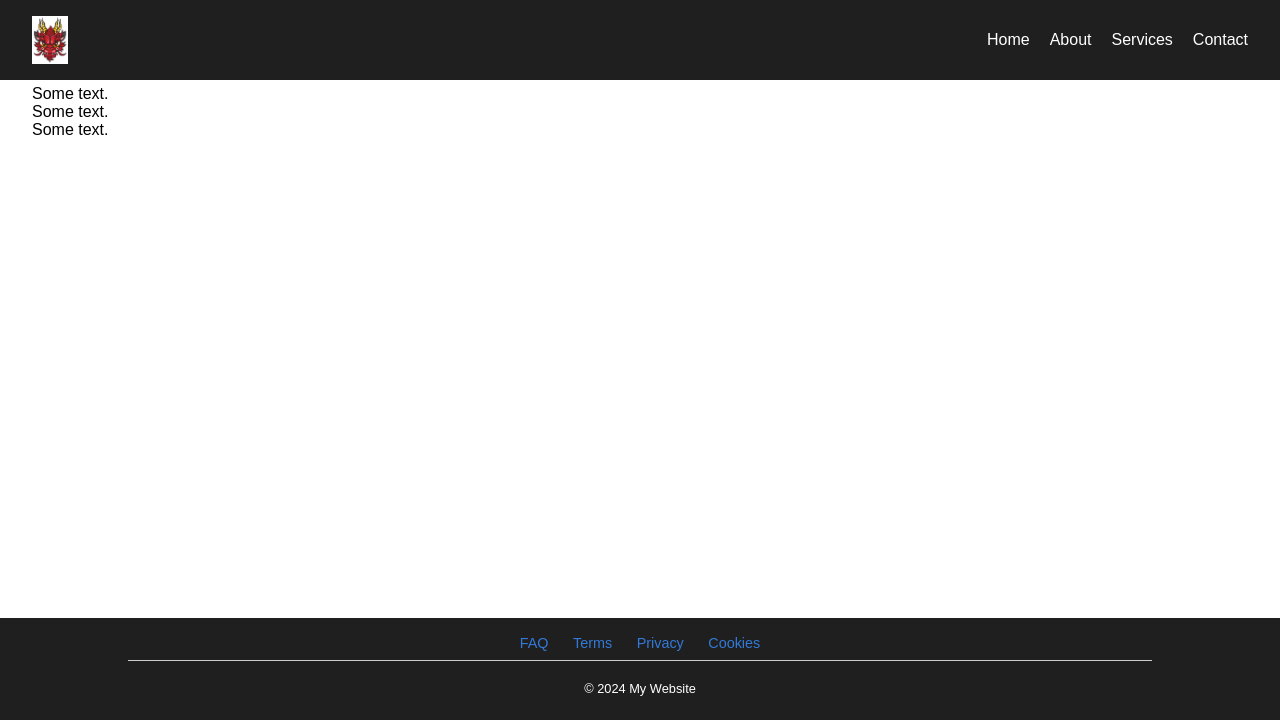
Repository: andreamm-lab/css-positioning-examples-2025-10
Page: index.html
The author's editor kept a copy of each file at every save. The page is drawn from the files as they stood at one save, then again after the next save.
The browser window is 1280 px wide. The pictures show the whole page.

Above is the page before, as saved 2025-11-10 18:57:16.

After the next save:
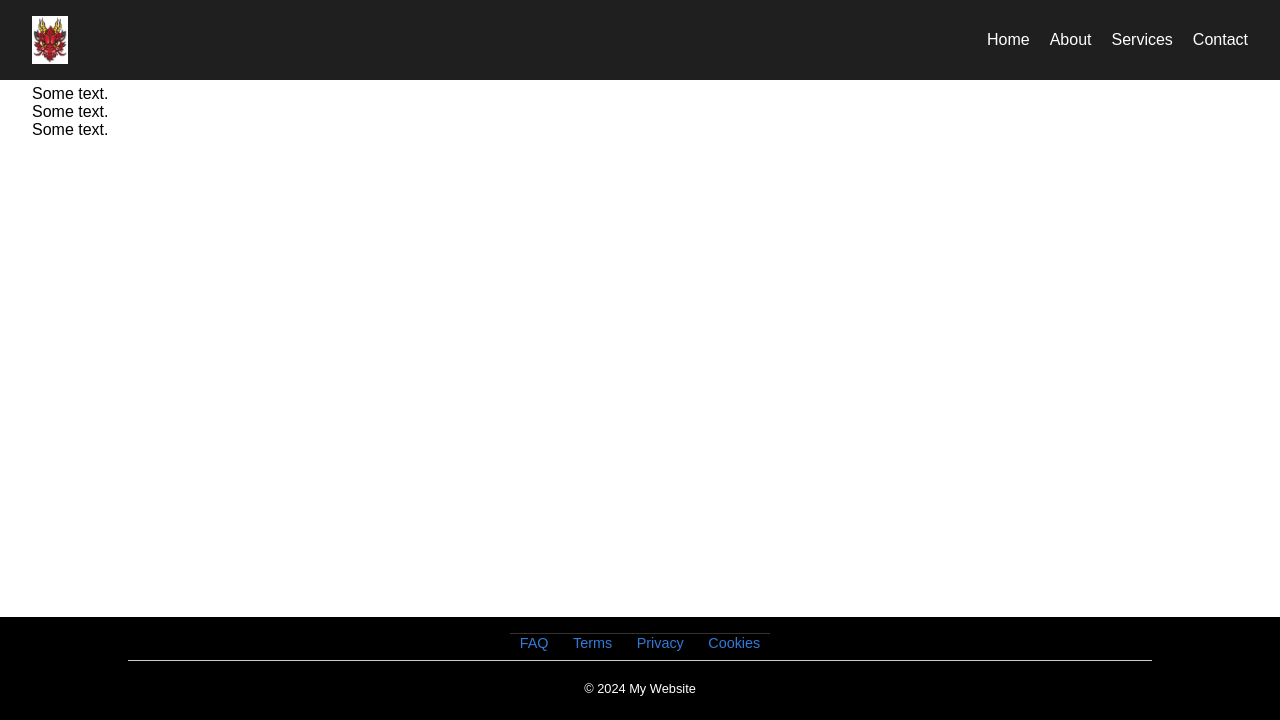
Saved 6 min 41 s later.
--- a/main.css
+++ b/main.css
@@ -241,7 +241,7 @@ main.page {
 
 /* 3.---------------------- Footer ---------------------- */
 #main-footer {
-    background-color: #1F1F1F;
+    background-color: #000000;
     color: #ffffff;
     text-align: center;
     padding: 16px 0 24px;
@@ -261,6 +261,7 @@ main.page {
     list-style: none;
     margin: 0; /* Distance between FAQ text and white line */
     padding: 0;
+                border-top: 1px solid #333;
 }
 
 #main-footer nav ul li {
